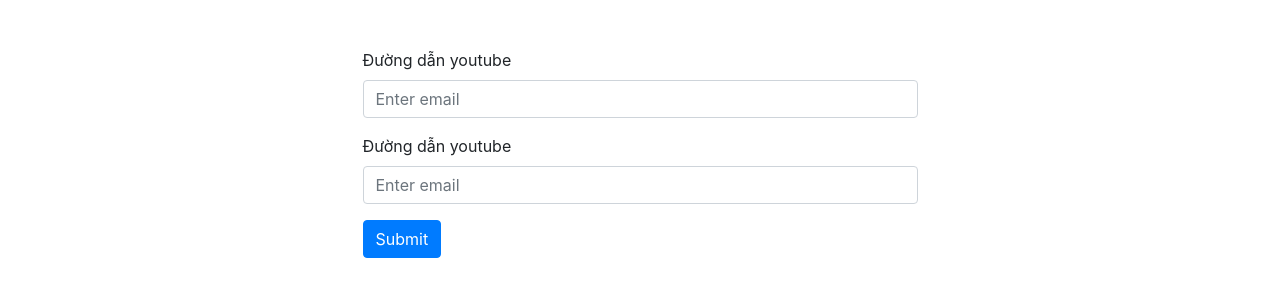
Repository: phamvuhung2710/sound-express
Page: http://localhost/download
An editor plug-in stored every save of this project. The page is shown before and after the next save, followed by the edit.
The browser window is 1280 px wide. The pictures show the whole page.
The page is served by the project's Node server (server.js).

Above is the page before, as saved 2022-08-04 22:10:02.

After the next save:
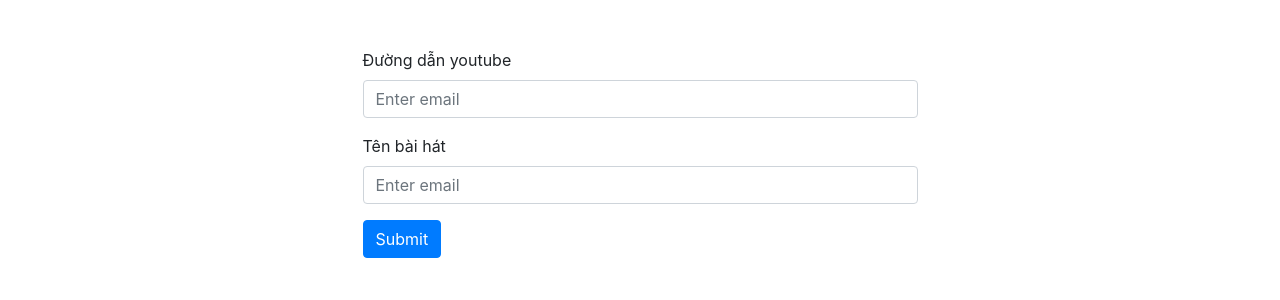
Saved 23 s later.
--- a/views/download.ejs
+++ b/views/download.ejs
@@ -26,9 +26,9 @@
           />
         </div>
         <div class="form-group">
-          <label for="exampleInputEmail1">Đường dẫn youtube</label>
+          <label for="exampleInputEmail1">Tên bài hát</label>
           <input
-            type="email"
+            type="text"
             class="form-control"
             id="exampleInputEmail1"
             aria-describedby="emailHelp"
